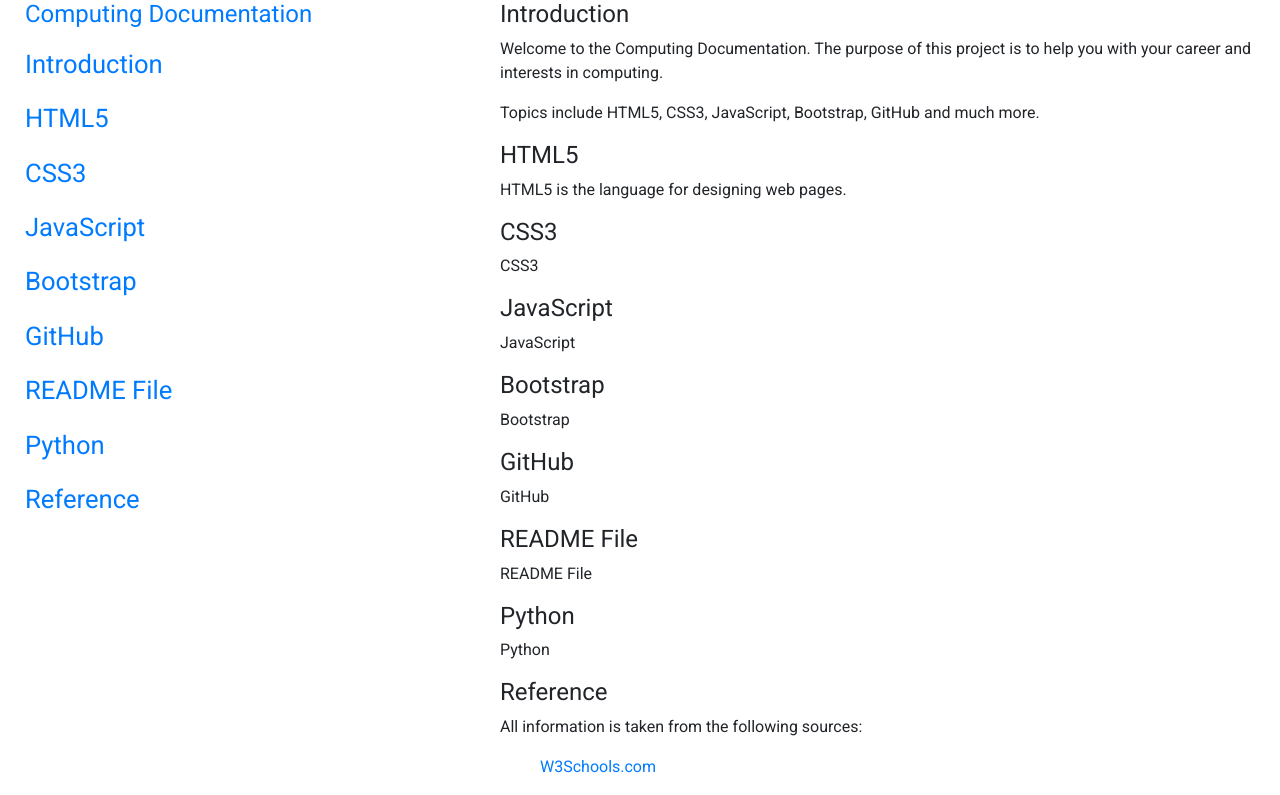
Repository: derektypist/technical-documentation-page
Page: index.html
The author's editor kept a record of every edit. The page is drawn from the files as they stood at one moment, then again after the next edit.
The browser window is 1280 px wide. The pictures show the whole page.

Above is the page before.

### index.html
<!DOCTYPE html>
<html lang="en">

<head>
  <meta charset="UTF-8">
  <meta name="viewport" content="width=device-width, initial-scale=1.0">
  <meta http-equiv="X-UA-Compatible" content="ie=edge">
  <title>Technical Documentation Page</title>
  <!-- Load Style Sheets -->
  <link rel="stylesheet" href="https://maxcdn.bootstrapcdn.com/bootstrap/4.4.1/css/bootstrap.min.css" integrity="sha384-Vkoo8x4CGsO3+Hhxv8T/Q5PaXtkKtu6ug5TOeNV6gBiFeWPGFN9MuhOf23Q9Ifjh" crossorigin="anonymous">
  <link href="https://fonts.googleapis.com/css?family=Roboto|Roboto+Mono&display=swap" rel="stylesheet">
  <style>
    /* Navigation */

    #navbar {
      font-family: "Roboto", Arial, Verdana, sans-serif;
      margin-left: 25px;
      font-size: 2vw;
      position: fixed;
    }

    /* Main Content */

    #main-doc {
      font-family: "Roboto", Arial, Verdana, sans-serif;
      padding-left: 450px;
    }

    /* Main Section */

    .main-section {
      margin-left: 50px;
    }
  </style>
</head>

<body>
  <!-- Set Up Navigation -->
  <nav class="navbar-nav" id="navbar">
    <header>
      <h4><a href="index.html" title="Return to Home Page">Computing Documentation</a></h4>
    </header>


    <!-- Set Up List Items Vertically -->
    <ul class="navbar-nav">
      <li class="nav-item">
        <a class="nav-link" href="#Introduction">Introduction</a>
      </li>
      <li class="nav-item">
        <a class="nav-link" href="#HTML5">HTML5</a>
      </li>
      <li class="nav-item">
        <a class="nav-link" href="#CSS3">CSS3</a>
      </li>
      <li class="nav-item">
        <a class="nav-link" href="#JavaScript">JavaScript</a>
      </li>
      <li class="nav-item">
        <a class="nav-link" href="#Bootstrap">Bootstrap</a>
      </li>
      <li class="nav-item">
        <a class="nav-link" href="#GitHub">GitHub</a>
      </li>
      <li class="nav-item">
        <a class="nav-link" href="#README_File">README File</a>
      </li>
      <li class="nav-item">
        <a class="nav-link" href="#Python">Python</a>
      </li>
      <li>
        <a class="nav-link" href="#Reference">Reference</a>
      </li>
  </nav>

  <!-- Set Up Main Content -->
  <main id="main-doc">

    <!-- Provide Section for Introduction -->
    <section class="main-section" id="Introduction">
      <header>
        <h4>Introduction</h4>
      </header>
      <article>
        <p>Welcome to the Computing Documentation. The purpose of this project is to help you with your career and interests in computing.</p>
        <p>Topics include HTML5, CSS3, JavaScript, Bootstrap, GitHub and much more.</p>
      </article>
    </section>

    <!-- Provide Section for HTML5 -->
    <section class="main-section" id="HTML5">
      <header>
        <h4>HTML5</h4>
      </header>
      <article>
        <p>HTML5 is the language for designing web pages.</p>
      </article>
    </section>

    <!-- Provide Section for CSS3 -->
    <section class="main-section" id="CSS3">
      <header>
        <h4>CSS3</h4>
      </header>
      <article>
        <p>CSS3</p>
      </article>
    </section>

    <!-- Provide Section for JavaScript -->
    <section class="main-section" id="JavaScript">
      <header>
        <h4>JavaScript</h4>
      </header>
      <article>
        <p>JavaScript</p>
      </article>
    </section>

    <!-- Provide Section for Bootstrap -->
    <section class="main-section" id="Bootstrap">
      <header>
        <h4>Bootstrap</h4>
      </header>
      <article>
        <p>Bootstrap</p>
      </article>
    </section>


    <!-- Provide Section for GitHub -->
    <section class="main-section" id="GitHub">
      <header>
        <h4>GitHub</h4>
      </header>
      <article>
        <p>GitHub</p>
      </article>
    </section>

    <!-- Provide Section for README File -->
    <section class="main-section" id="README_File">
      <header>
        <h4>README File</h4>
      </header>
      <article>
        <p>README File</p>
      </article>
    </section>

    <!-- Provide Section for Python -->
    <section class="main-section" id="Python">
      <header>
        <h4>Python</h4>
      </header>
      <article>
        <p>Python</p>
      </article>
    </section>

    <!-- Provide Section for Reference -->
    <section class="main-section" id="Reference">
      <header>
        <h4>Reference</h4>
      </header>
      <article>
        <p>All information is taken from the following sources:</p>
        <ul>
          <a href="https://www.w3schools.com" target="_blank" title="W3Schools.com">W3Schools.com</a>
        </ul>
      </article>
    </section>
  </main>
</body>

</html>

After the next edit:
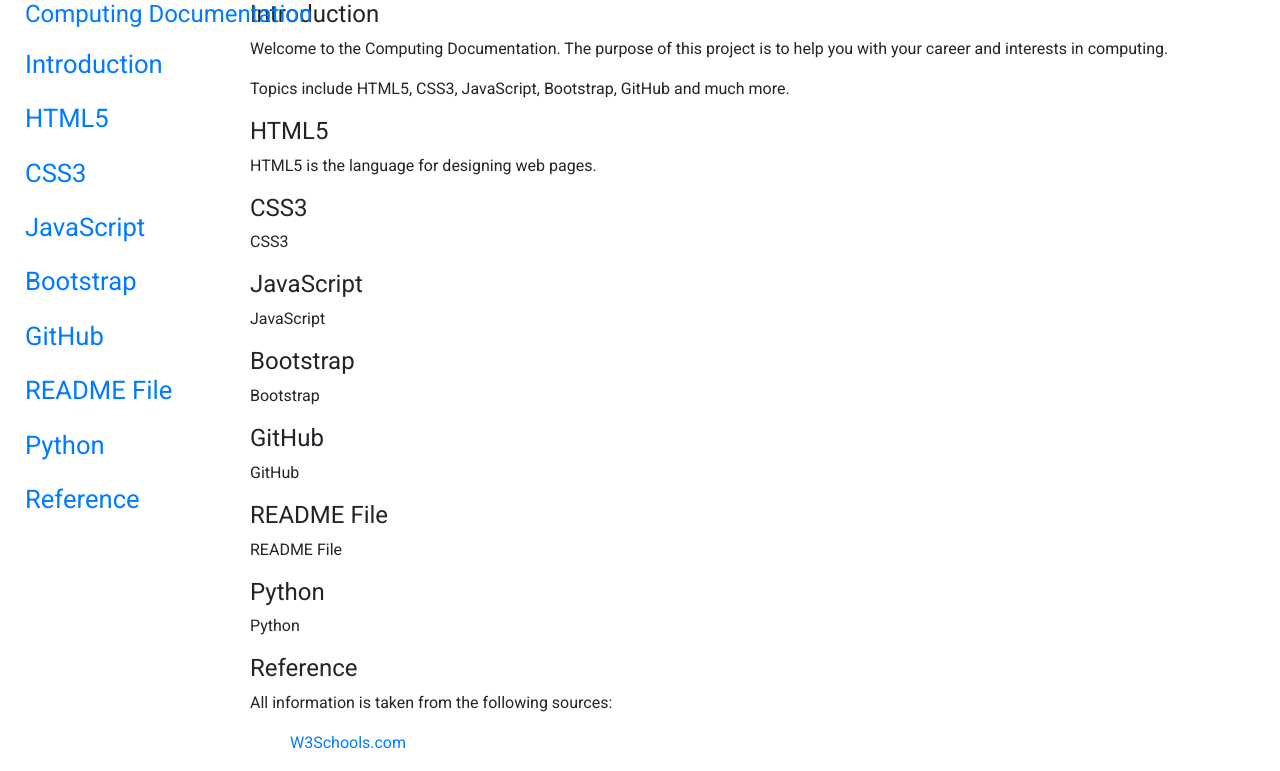
The edit:
--- a/index.html
+++ b/index.html
@@ -23,7 +23,7 @@
 
     #main-doc {
       font-family: "Roboto", Arial, Verdana, sans-serif;
-      padding-left: 450px;
+      padding-left: 200px;
     }
 
     /* Main Section */
